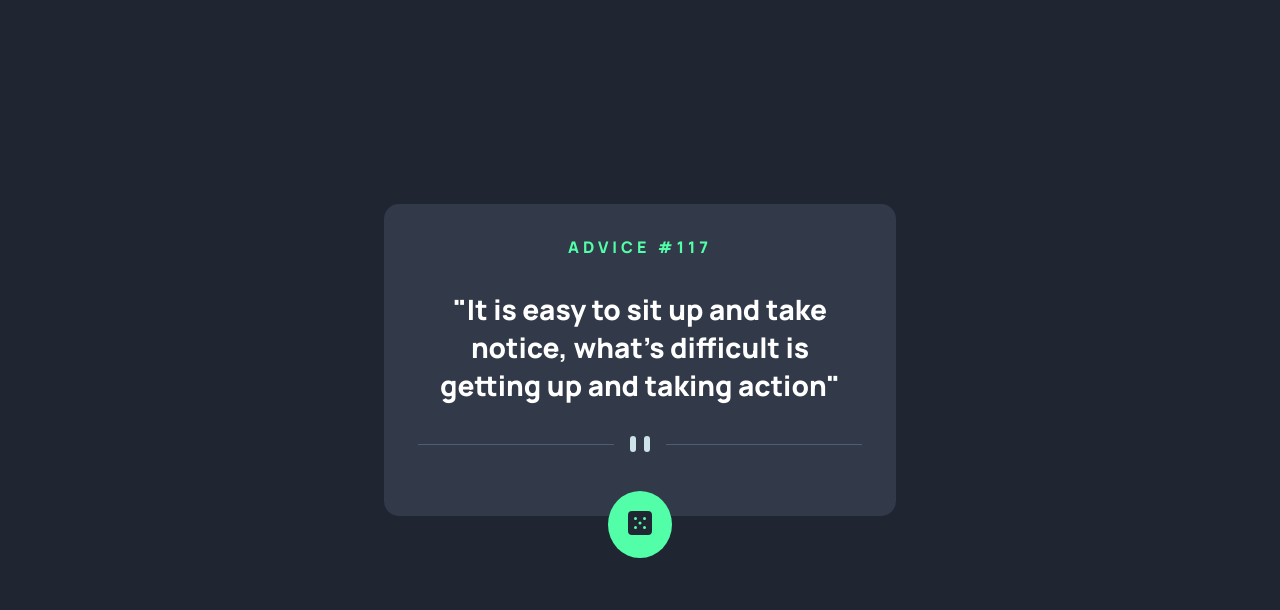
Repository: WindOfCodes/advice-generator-app
Page: index.html
These files come from the project's save history. The page is drawn as it stood at one moment and after a run of saves; the edit follows.
The browser window is 1280 px wide. The pictures show the whole page.

Above is the page before, as saved 2022-11-28 22:15:35.

### index.html
<!DOCTYPE html>
<html lang="en">
  <head>
    <meta charset="UTF-8" />
    <meta name="viewport" content="width=device-width, initial-scale=1.0" />
    <link
      href="https://fonts.googleapis.com/css2?family=Manrope:wght@800&display=swap"
      rel="stylesheet"
    />
    <link rel="stylesheet" href="/styles/main.css" />
  </head>
  <body>
    <div class="card">
      <span class="number">advice #117</span>
      <span class="quote">
        "It is easy to sit up and take notice, what's difficult is getting up and taking action"
      </span>
      <img class="line" src="./images/pattern-divider-desktop.svg" />
      <button class="dice">
        <img src="./images/icon-dice.svg" />
      </button>
    </div>
  </body>
</html>

### styles/main.css
/* <style>
.attribution { font-size: 11px; text-align: center; }
.attribution a { color: hsl(228, 45%, 44%); }
</style> */

/* Mobile: 375px
Desktop: 1440px */

/* $lightCyan : hsl(193, 38%, 86%);
$neonGreen: hsl(150, 100%, 66%);
$grayishBlue: hsl(217, 19%, 38%);
$darkGrayishBlue: hsl(217, 19%, 24%);
$darkBlue: hsl(218, 23%, 16%); */

body {
  font-family: "Manrope", sans-serif;
  font-weight: 800;
  background-color: hsl(218, 23%, 16%);
  font-size: 28px;
}

.card {
  background-color: hsl(217, 19%, 24%);
  width: 40%;
  min-height: 35%;
  display: flex;
  flex-direction: column;
  position: absolute;
  top: 50%;
  left: 50%;
  transform: translate(-50%, -50%);
  justify-content: center;
  align-items: center;
  margin: auto;
  border-radius: 15px;
}

.number {
  text-transform: uppercase;
  font-size: 16px;
  letter-spacing: 0.25rem;
  color: hsl(150, 100%, 66%);
  margin: 2rem 0;
}

.quote {
  color: white;
  max-width: 80%;
  text-align: center;
}

.line {
  margin: 2rem 0 4rem 0;
}

.dice {
  border: none;
  border-radius: 50%;
  background-color: hsl(150, 100%, 66%);
  padding: 20px;
  position: absolute;
  top: 92%;
}

.dice:hover {
  cursor: pointer;
}

After the next 3 saves:
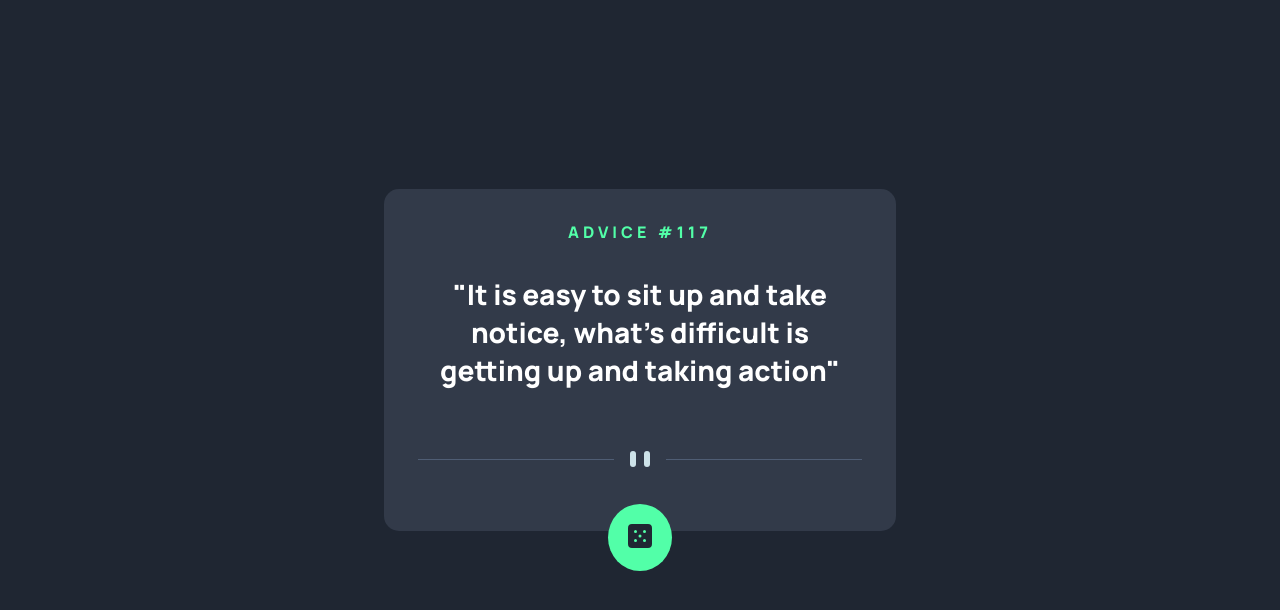
The 3 saves are shown as one change because they came seconds apart.
The last was saved 29 s later.
--- a/styles/main.css
+++ b/styles/main.css
@@ -47,6 +47,7 @@ body {
   color: white;
   max-width: 80%;
   text-align: center;
+  margin-bottom: 30px;
 }
 
 .line {
